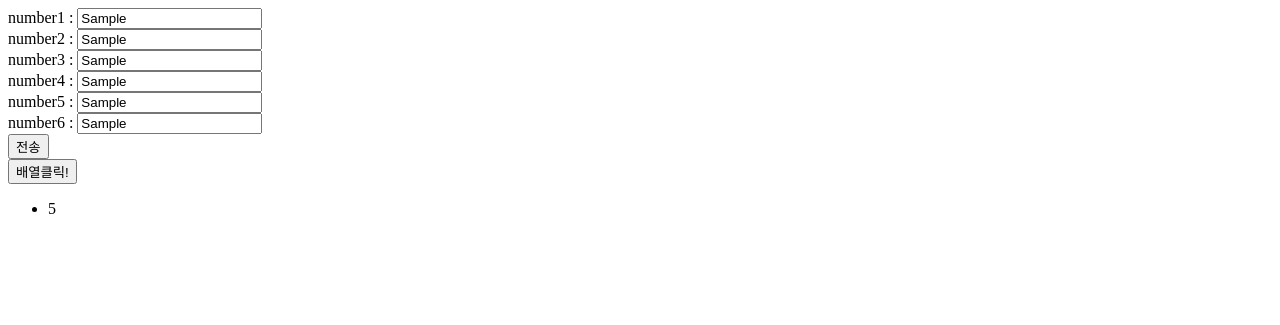
Repository: sagong0/servlet
Page: web/src/main/webapp/lotto.html
These files come from the project's save history. The page is drawn as it stood at one moment and after the next save; the edit follows.
The browser window is 1280 px wide. The pictures show the whole page.
Empty fields were first filled with sample values (such as "Sample", 5 or name@example.com).
After loading, the first visible `input[onclick="bbb()"]` was clicked once.

Above is the page before, as saved 2023-08-09 02:04:51.

After the next save:
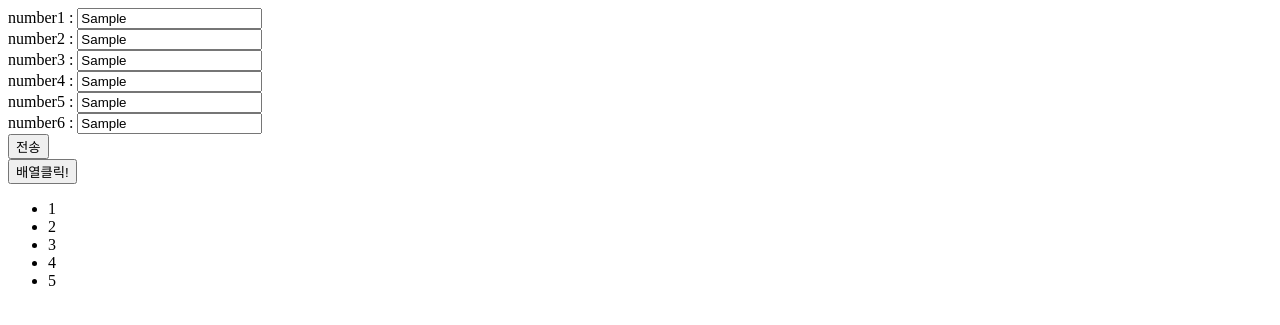
Saved 2 min 16 s later.
--- a/web/src/main/webapp/lotto.html
+++ b/web/src/main/webapp/lotto.html
@@ -36,7 +36,7 @@
 
 			var w = 0;
 			while(w < d.length){
-				document.getElementById("uldata").innerHTML = "<li>"+d[w]+"</li>"
+				document.getElementById("uldata").innerHTML += "<li>"+d[w]+"</li>"
 				w++;
 			}
 
